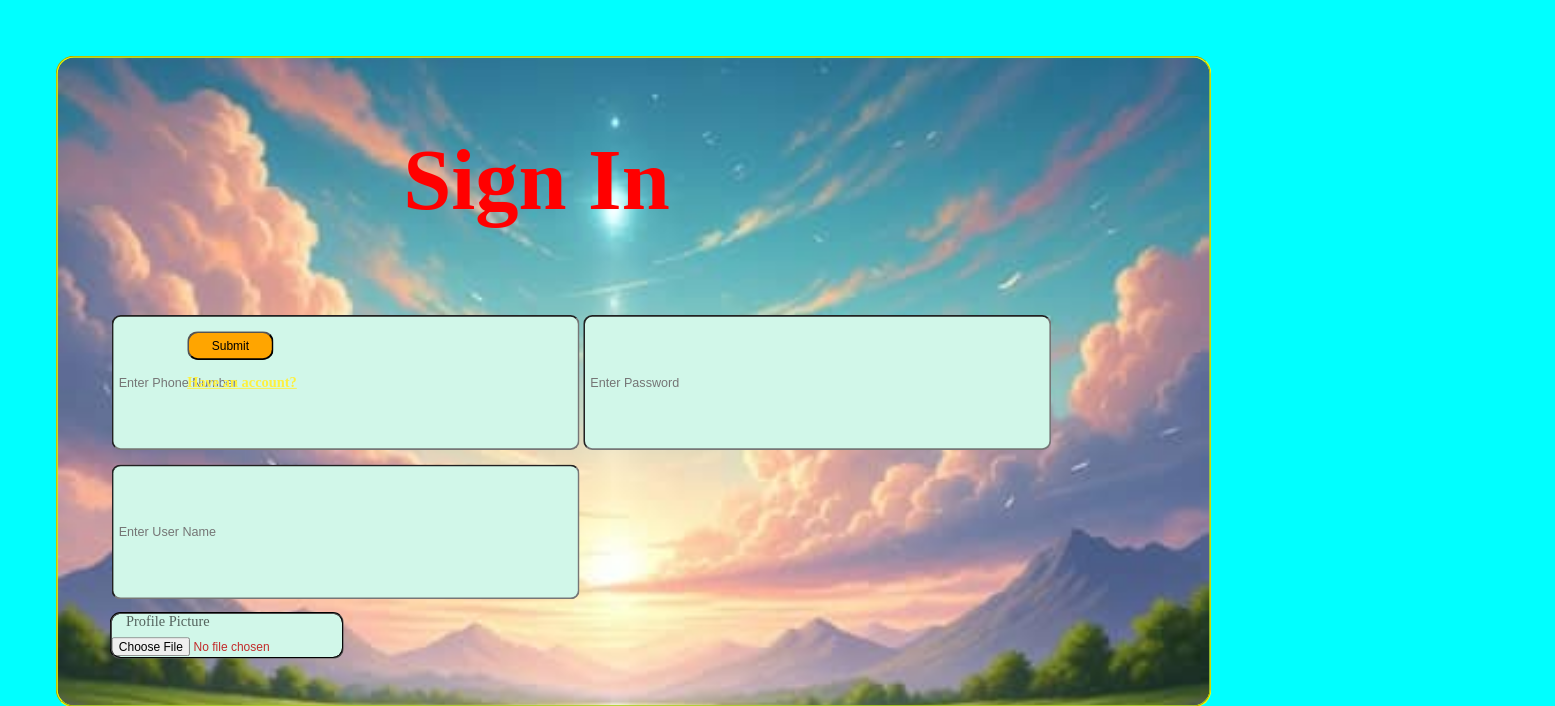
Repository: Amani-Kibet/express-app-web
Page: pages/signup/signIn.html
An editor plug-in stored every save of this project. The page is shown before and after the next save, followed by the edit.
The browser window is 1280 px wide. The page is 1728 px wide, so the pictures cover 1728 px, including what lies to the right of the window. The pictures show the whole page, at 90% of full size.

Above is the page before, as saved 2025-09-28 15:20:31.

After the next save:
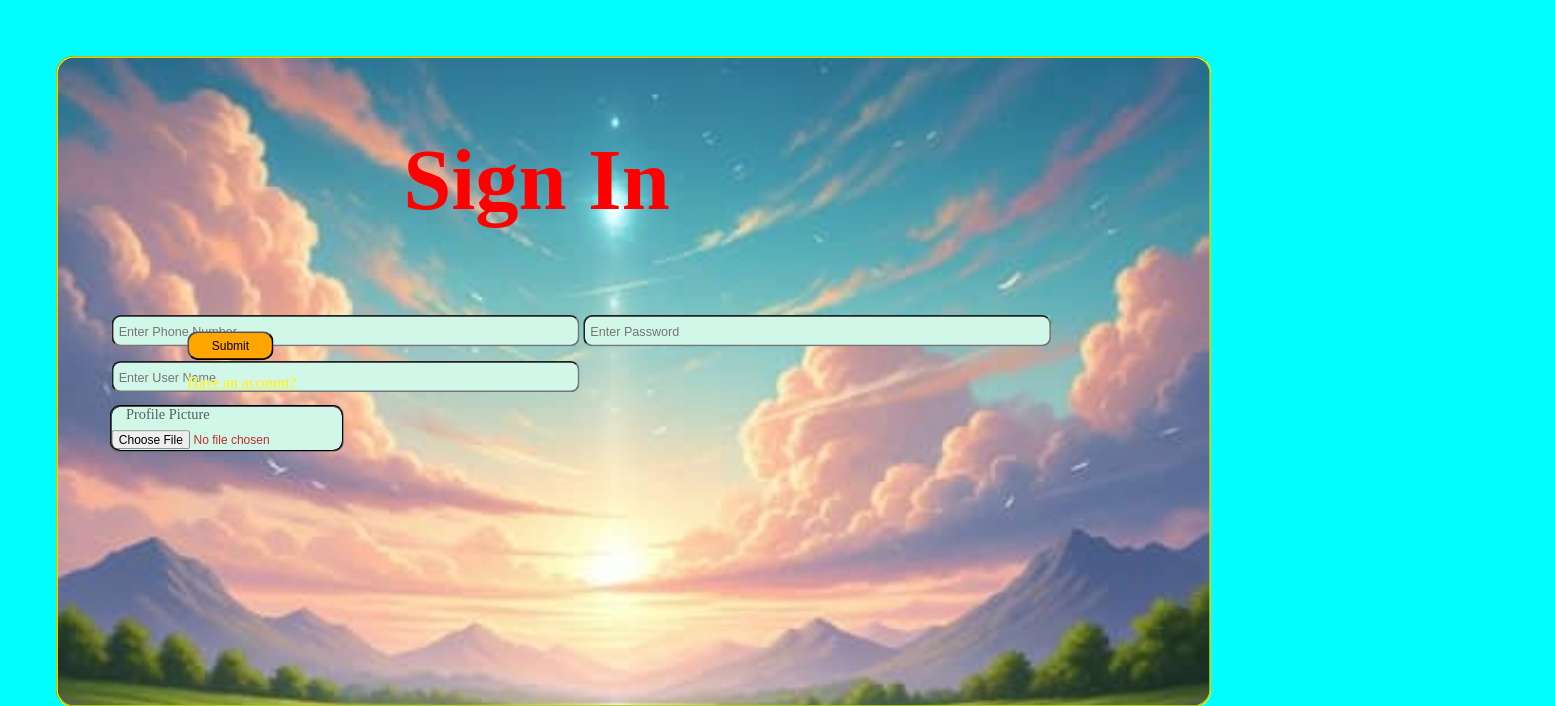
Saved 6 s later.
--- a/pages/signup/signIn.html
+++ b/pages/signup/signIn.html
@@ -21,7 +21,7 @@
   }
   .inputs{
     width: 40%;
-    height: 20%;
+    height: 4%;
     position: relative;
     left: 60px;
     margin-top: 1rem;
